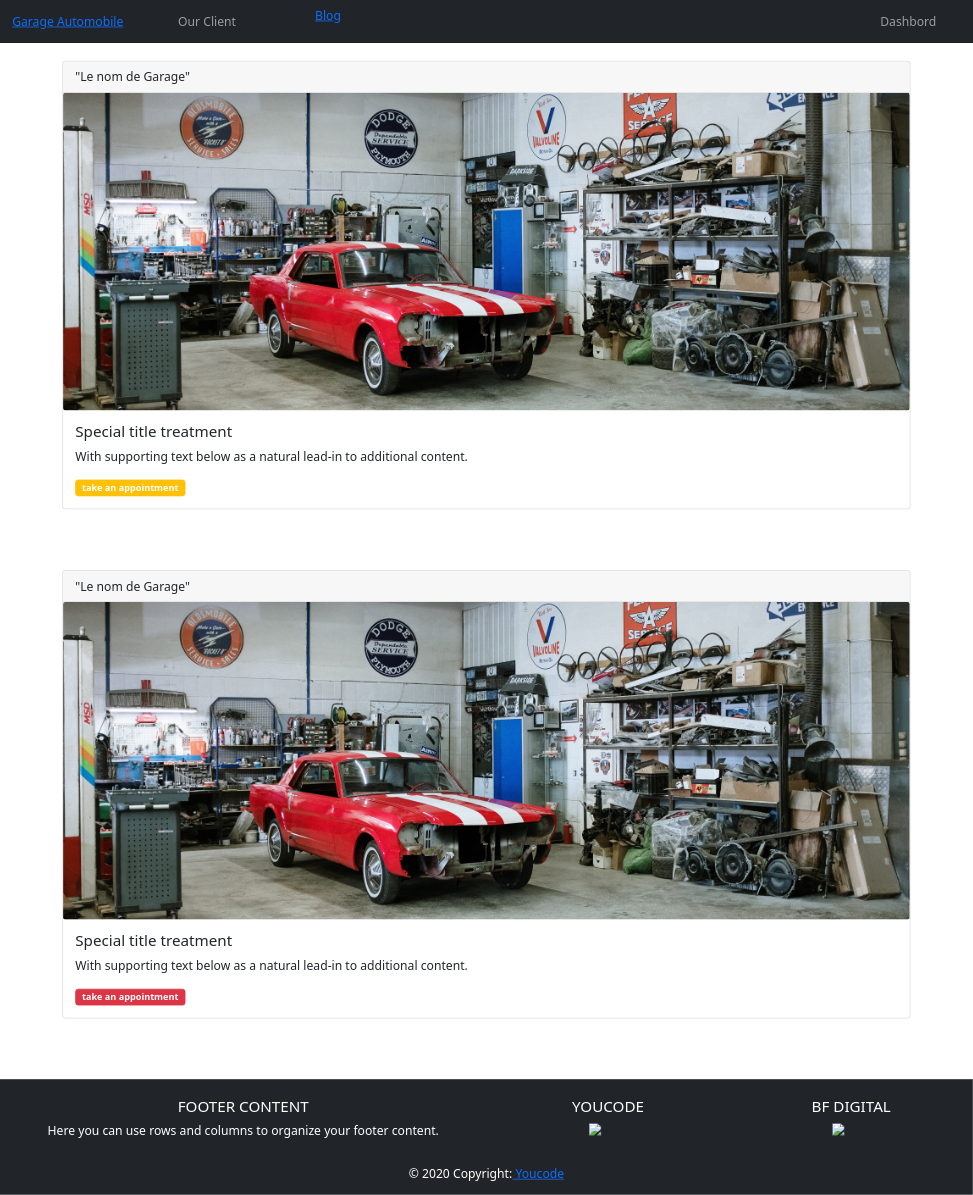
Repository: abdelhak-f/Fil-Rouge
Page: /Blog (app in client/)
An editor plug-in stored every save of this project. The page is shown before and after the next save, followed by the edit.
The browser window is 1280 px wide. The pictures show the whole page, at 76% of full size.
The project was rebuilt for these pictures with package versions that can differ from the ones it lists, and the page was loaded fresh each time. Also part of the build but not shown: client/src/components/Text.jsx, client/src/components/forms/FirstFrontForm.jsx, client/src/components/Body.jsx.

Above is the page before, as saved 2021-09-08 15:27:39.

### client/public/index.html
<!DOCTYPE html>
<html lang="en">
  <head>
    <meta charset="utf-8" />
    <link rel="icon" href="%PUBLIC_URL%/favicon.ico" />
    <meta name="viewport" content="width=device-width, initial-scale=1" />
    <meta name="theme-color" content="#000000" />
    <meta
      name="description"
      content="Web site created using create-react-app"
    />
    <!--   import bootstrao  -->
    <link
  rel="stylesheet"
  href="https://cdn.jsdelivr.net/npm/bootstrap@5.1.0/dist/css/bootstrap.min.css"
  integrity="sha384-KyZXEAg3QhqLMpG8r+8fhAXLRk2vvoC2f3B09zVXn8CA5QIVfZOJ3BCsw2P0p/We"
  crossorigin="anonymous"
  />

    <link rel="apple-touch-icon" href="%PUBLIC_URL%/logo192.png" />
    <!--
      manifest.json provides metadata used when your web app is installed on a
      user's mobile device or desktop. See https://developers.google.com/web/fundamentals/web-app-manifest/
    -->
    <link rel="manifest" href="%PUBLIC_URL%/manifest.json" />
    <!--
      Notice the use of %PUBLIC_URL% in the tags above.
      It will be replaced with the URL of the `public` folder during the build.
      Only files inside the `public` folder can be referenced from the HTML.

      Unlike "/favicon.ico" or "favicon.ico", "%PUBLIC_URL%/favicon.ico" will
      work correctly both with client-side routing and a non-root public URL.
      Learn how to configure a non-root public URL by running `npm run build`.
    -->
    <title>React App</title>
  </head>
  <body>
    <noscript>You need to enable JavaScript to run this app.</noscript>
    <div id="root"></div>
    <!--
      This HTML file is a template.
      If you open it directly in the browser, you will see an empty page.

      You can add webfonts, meta tags, or analytics to this file.
      The build step will place the bundled scripts into the <body> tag.

      To begin the development, run `npm start` or `yarn start`.
      To create a production bundle, use `npm run build` or `yarn build`.
    -->
  </body>
</html>

### client/src/index.js
import React from 'react';
import ReactDOM from 'react-dom';
import './index.css';
import App from './App';
import reportWebVitals from './reportWebVitals';

// import bootstrap
import 'bootstrap/dist/css/bootstrap.min.css';

ReactDOM.render(
  <React.StrictMode>
    <App />
  </React.StrictMode>,
  document.getElementById('root')
);

// If you want to start measuring performance in your app, pass a function
// to log results (for example: reportWebVitals(console.log))
// or send to an analytics endpoint. Learn more: https://bit.ly/CRA-vitals
reportWebVitals();

### client/src/App.js
// import './App.css';
import React from 'react';

import Navbar from './components/Nnavbar';
import Body from './components/Body';
import Footer from './components/Footer';
import Blog from './components/Blog';

import { BrowserRouter as Router, Switch, Route } from 'react-router-dom';






function App() {
  return (


    <>
<Router>

     <Navbar />




    <Switch>
    <Route  path="/" exact component={Body} />
       <Route  path="/Blog" component={Blog} />
    </Switch>

    <Footer/>
</Router>
    </>

  );
}

export default App;

### client/src/components/Nnavbar.jsx
import React from 'react';
import { NavLink } from 'react-router-dom';

import * as ReactBootstrap from 'react-bootstrap';









function Navbar() {
    return(
      <>

            <ReactBootstrap.Navbar className="mb-5" collapseOnSelect expand="lg" bg="dark" variant="dark" fixed="top">

 <NavLink className="mx-3" to="/">Garage Automobile</NavLink>
 <ReactBootstrap.Navbar.Toggle aria-controls="responsive-navbar-nav" />
 <ReactBootstrap.Navbar.Collapse id="responsive-navbar-nav">
   <ReactBootstrap.Nav className="me-auto">
     <ReactBootstrap.Nav.Link className="mx-5" href="#features">Our Client</ReactBootstrap.Nav.Link>
     <NavLink  className="px-5" to="/blog">Blog</NavLink>
     {/* <ReactBootstrap.NavDropdown title="Dropdown" id="collasible-nav-dropdown">
       <ReactBootstrap.NavDropdown.Item href="#action/3.1">Action</ReactBootstrap.NavDropdown.Item>
       <ReactBootstrap.NavDropdown.Item href="#action/3.2">Another action</ReactBootstrap.NavDropdown.Item>
       <ReactBootstrap.NavDropdown.Item href="#action/3.3">Something</ReactBootstrap.NavDropdown.Item>
       <ReactBootstrap.NavDropdown.Divider />
       <ReactBootstrap.NavDropdown.Item href="#action/3.4">Separated link</ReactBootstrap.NavDropdown.Item>
     </ReactBootstrap.NavDropdown> */}
   </ReactBootstrap.Nav>
   <ReactBootstrap.Nav>
     <ReactBootstrap.Nav.Link href="#deets" className="px-5" > Dashbord</ReactBootstrap.Nav.Link>
     {/* <ReactBootstrap.Nav.Link eventKey={2} href="#memes">
       Admin
     </ReactBootstrap.Nav.Link> */}
   </ReactBootstrap.Nav>
 </ReactBootstrap.Navbar.Collapse>

</ReactBootstrap.Navbar>





</>

    )
}

export default Navbar ;

### client/src/components/Footer.jsx
import React from "react";


function Footer () {
    return(
<footer  className="pt-4 page-footer font-small blue bg-dark ">
    <div className="text-center container-fluid text-md-left ">
        <div className="row">
            <div className="mt-3 text-white col-md-6 mt-md-0">
                <h5 className=" text-uppercase">Footer Content</h5>
                <p >Here you can use rows and columns to organize your footer content.</p>
            </div>

            <hr className="clearfix pb-0 w-100 d-md-none"/>

            <div className="mb-3 col-md-3 mb-md-0">
                <h5 className="text-white text-uppercase">Youcode</h5>
                <img src="" alt="logo" width={300} /></div>

            <div className="mb-3 col-md-3 mb-md-0">
                <h5 className="text-white text-uppercase " >BF Digital</h5>
                <img src="" alt="logo" width={300} />
            </div>
        </div>
    </div>

    <div className="py-3 text-center text-white footer-copyright " >© 2020 Copyright:
        <a href="https://www.youcode.ma/"> Youcode</a>
    </div>

</footer>
)

}

export default Footer

### client/src/components/Blog.jsx
import React from 'react'
import './css/style.css';
import { Container, Card, Button, Badge } from 'react-bootstrap';
import image from '../images/image.jpg';

function Blog() {
  return (

     <Container  className="Blog" >
         {/* first blog */}
         <Card >
           <Card.Header  >"Le nom de Garage"  </Card.Header>
            <Card.Img
            // style={{ height: '400px', weiht: '500px' }}
             src={image} />
            <Card.Body>
            <Card.Title>Special title treatment</Card.Title>
            <Card.Text>
                 With supporting text below as a natural lead-in to additional content.
            </Card.Text>
            <div>
            <Button className="badge " variant="warning">
               take an appointment
            </Button>
            </div>


           </Card.Body>
        </Card>

        <Card className="Blog">
           <Card.Header  >"Le nom de Garage"  </Card.Header>
            <Card.Img  src={image} />
            <Card.Body>
            <Card.Title>Special title treatment</Card.Title>
            <Card.Text>
                 With supporting text below as a natural lead-in to additional content.
            </Card.Text>
            <Button className="badge badge-pill" variant="danger">take an appointment</Button>
           </Card.Body>
        </Card>

        {/* second blog */}

     </Container>


  )

}

export default Blog

### client/src/components/css/style.css

.Blog {
    margin-top: 5rem;
    margin-bottom: 5rem;
  }

Loaded but not shown: client/src/index.css (common file); client/src/reportWebVitals.js (common file)

After the next save:
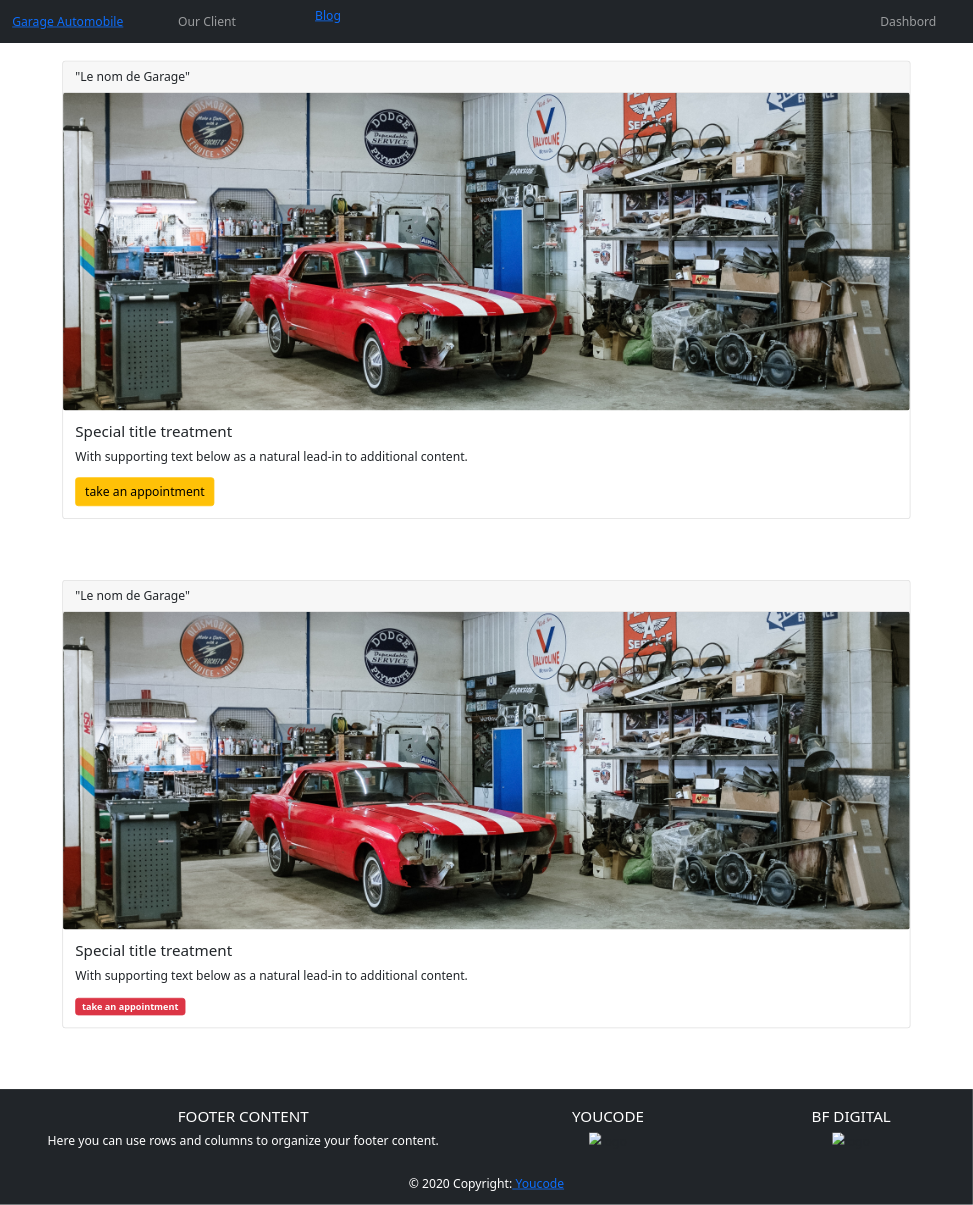
Saved 9 s later.
--- a/client/src/components/Blog.jsx
+++ b/client/src/components/Blog.jsx
@@ -19,7 +19,7 @@
                  With supporting text below as a natural lead-in to additional content.
             </Card.Text>
             <div>
-            <Button className="badge " variant="warning">
+            <Button className="" variant="warning">
                take an appointment
             </Button>
             </div>

After the 2 saves that followed:
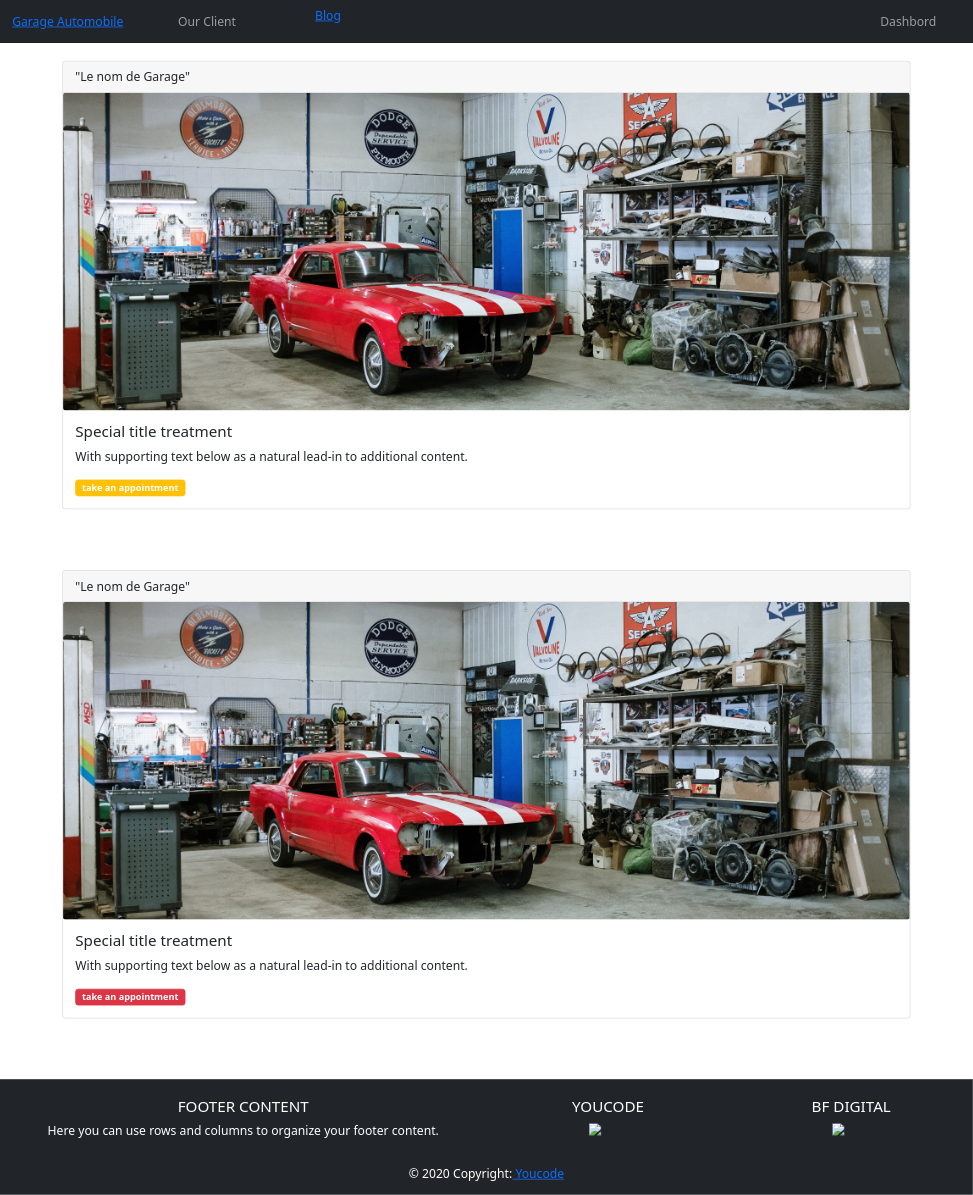
The 2 saves are shown as one change because 1 left the picture as it was.
The last was saved 34 s later.
--- a/client/src/components/Blog.jsx
+++ b/client/src/components/Blog.jsx
@@ -19,7 +19,7 @@
                  With supporting text below as a natural lead-in to additional content.
             </Card.Text>
             <div>
-            <Button className="" variant="warning">
+            <Button className="badge" variant="warning">
                take an appointment
             </Button>
             </div>
